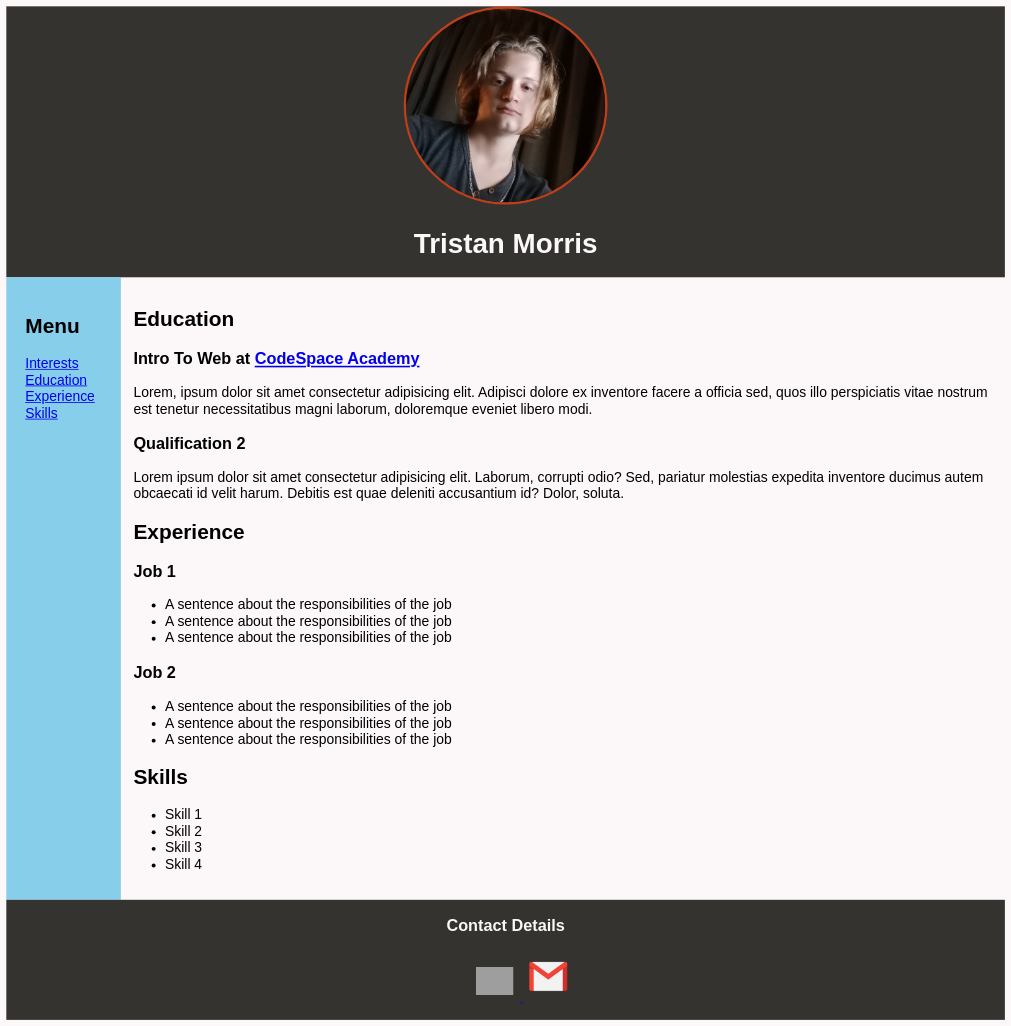
Repository: TristanKMorris/introToWebDesignAssignment
Page: resume.html
The author's editor kept a copy of each file at every save. The page is drawn from the files as they stood at one save, then again after the next save.
The browser window is 1280 px wide. The pictures show the whole page, at 79% of full size.
Pictures or frames that could not be fetched are drawn as grey boxes.

Above is the page before, as saved 2022-06-02 21:55:15.

After the next save:
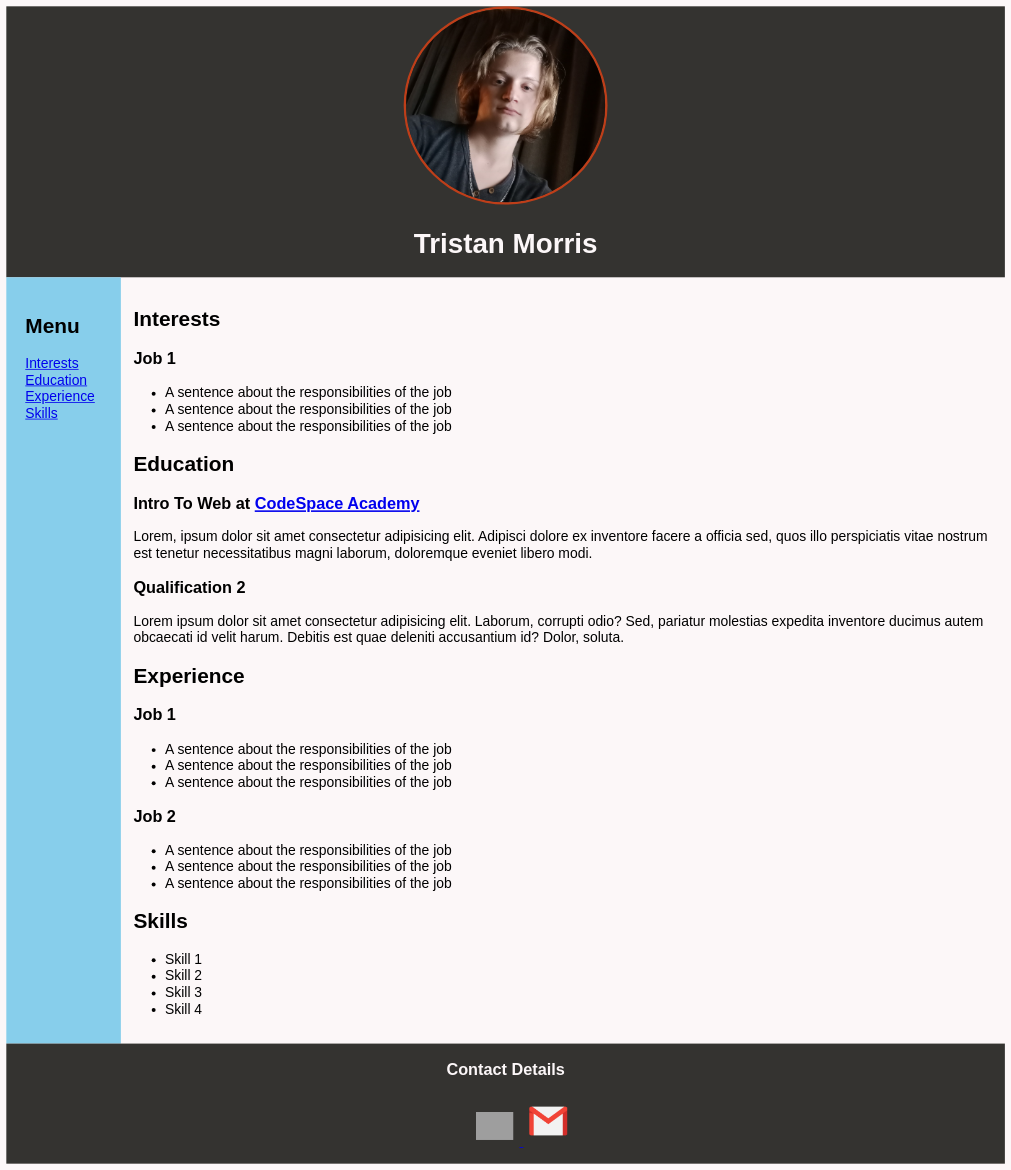
Saved 91 s later.
--- a/resume.html
+++ b/resume.html
@@ -38,6 +38,18 @@
       </div>
 
         <div class="content">
+
+          <h2 id="interests">Interests</h2>
+
+            <h3>Job 1</h3>
+
+            <ul>
+
+            <li>A sentence about the responsibilities of the job</li>
+            <li>A sentence about the responsibilities of the job</li>
+            <li>A sentence about the responsibilities of the job</li>
+
+            </ul>
 
           <h2 id="education">Education</h2>
 
